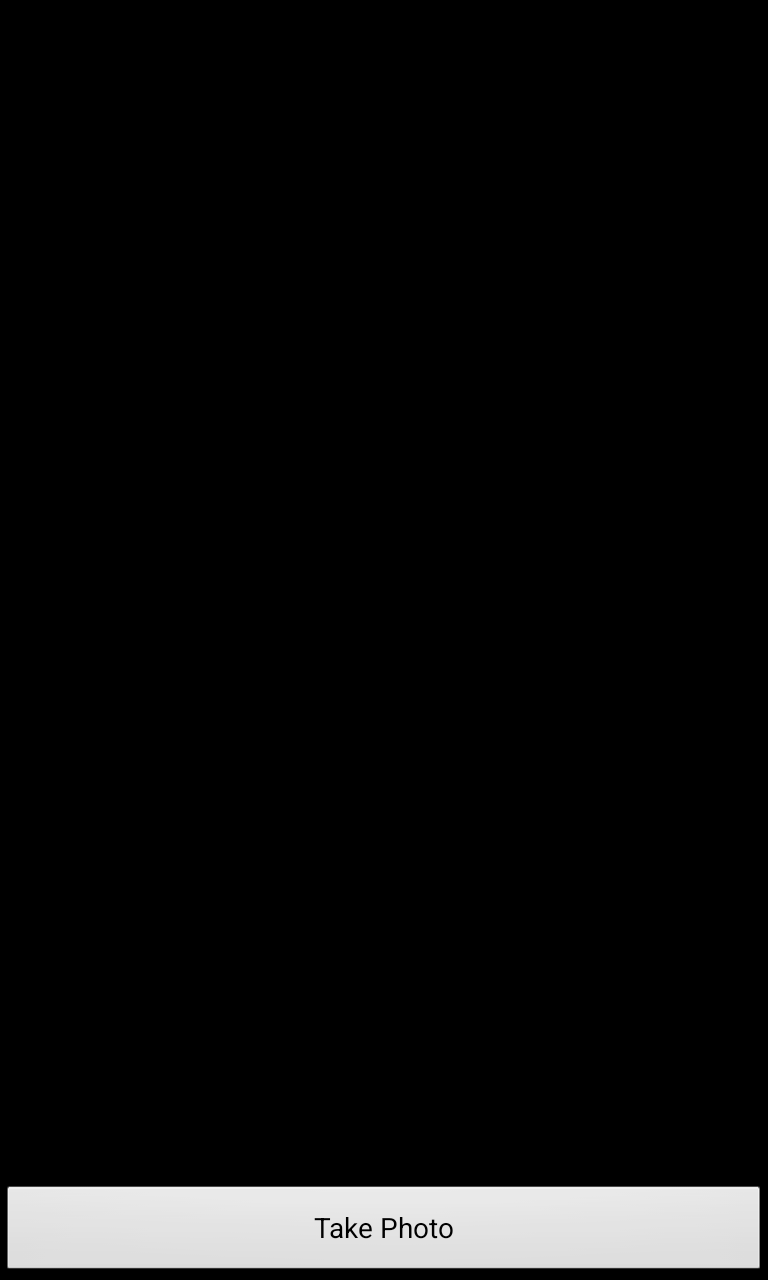
Repository: cephas-digital/phytosenseit
Layout: Eclipse Project /phyto_sense_it/res/layout/tutorial3_surface_view.xml
These files come from the project's save history. The layout is drawn as it stood at one moment and after the next save; the edit follows.
It is drawn on a 768 x 1280 px phone screen (xhdpi) without system bars, with theme android:Theme.NoTitleBar.Fullscreen; the app's code is not run.

Above is the layout before, as saved 2015-07-28 06:51:47.

After the next save:
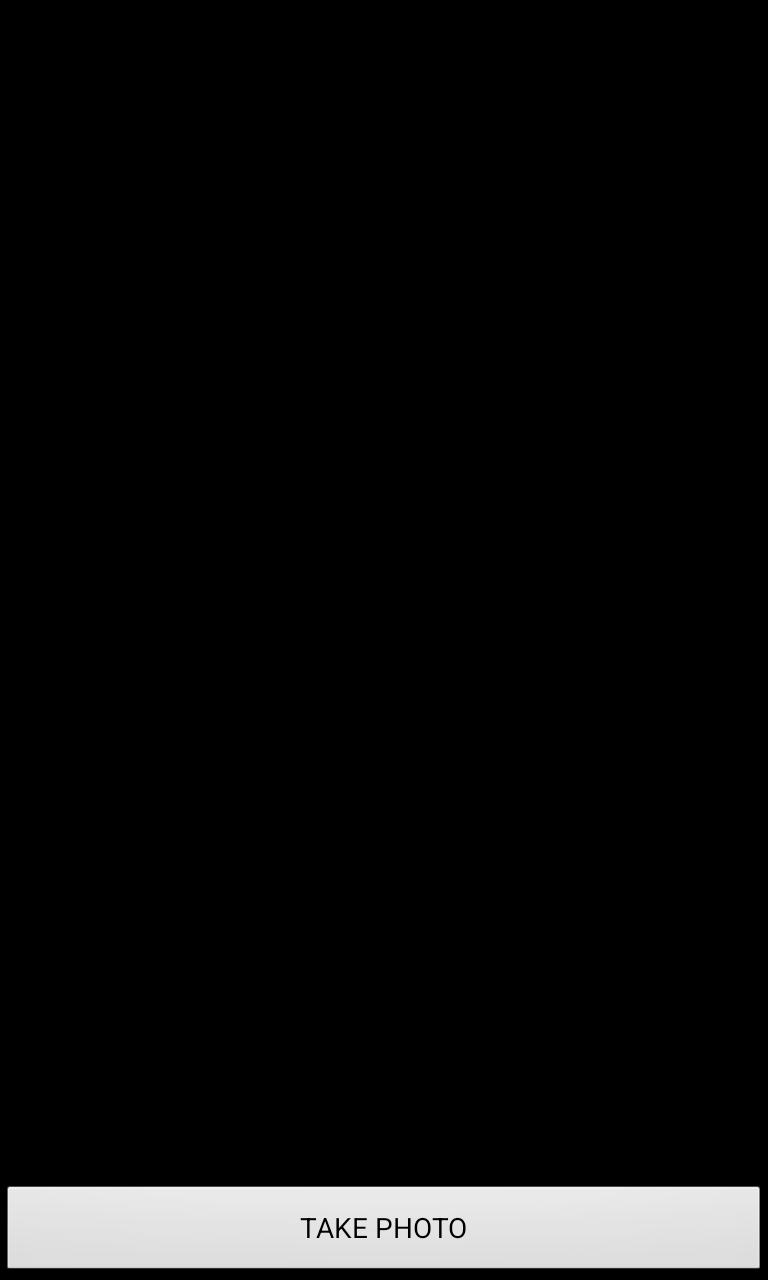
Saved 7 s later.
--- a/Eclipse Project /phyto_sense_it/res/layout/tutorial3_surface_view.xml
+++ b/Eclipse Project /phyto_sense_it/res/layout/tutorial3_surface_view.xml
@@ -23,7 +23,7 @@
         android:layout_width="match_parent"
         android:layout_height="wrap_content"
         android:gravity="center_vertical|center_horizontal|bottom|top"
-        android:text="Take Photo" />
+        android:text="TAKE PHOTO" />
 
 
 
